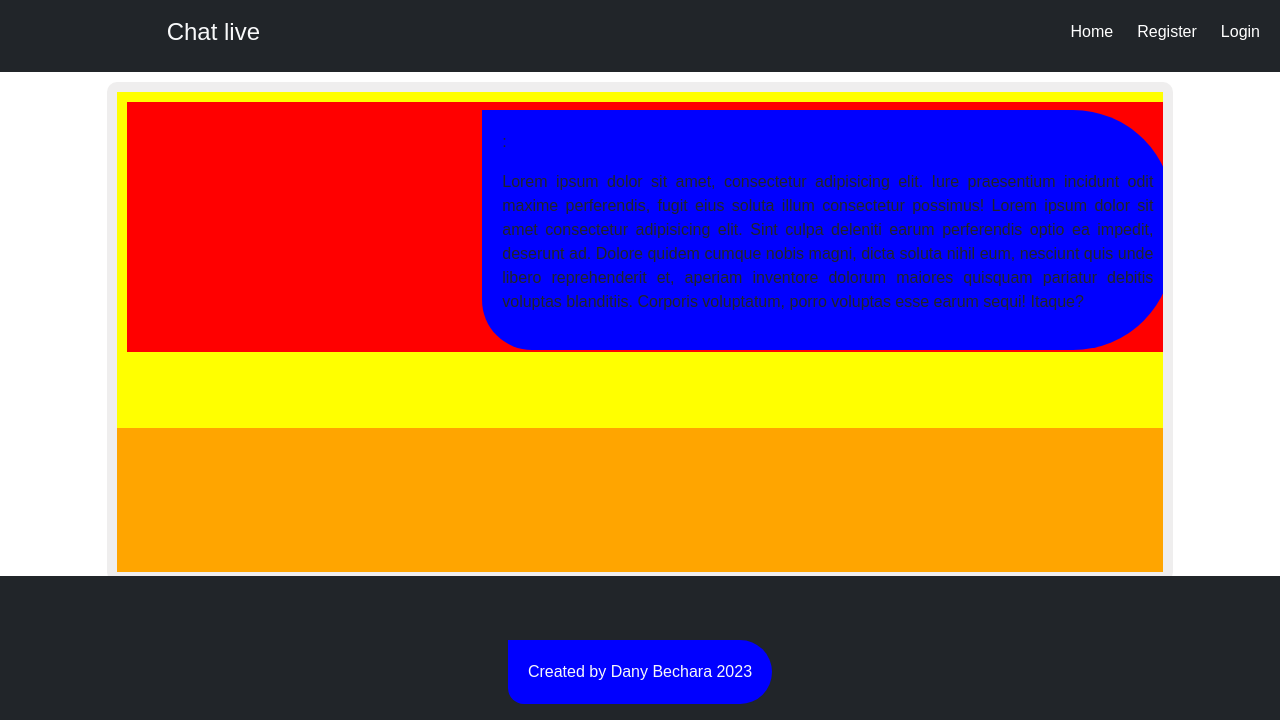
Repository: bechara611/chatv2
Page: /chat
These files come from the project's save history. The page is drawn as it stood at one moment and after the next save; the edit follows.
The browser window is 1280 px wide. The pictures show the whole page.
The page's requests for data from a server got no answer. The project was rebuilt for these pictures with package versions that can differ from the ones it lists, and the page was loaded fresh each time. Some packages were replaced by stand-ins written for this rebuild. No one was signed in, and anything a server would have sent is missing. Also part of the build but not shown: src/hooks/useForm.jsx, src/api/Instance.jsx, src/auth/hooks/useAuth.jsx, src/auth/components/login.jsx, src/auth/components/register.jsx, src/ui/components/Home.jsx, src/App.css.

Above is the page before, as saved 2023-03-15 17:18:53.

After the next save:
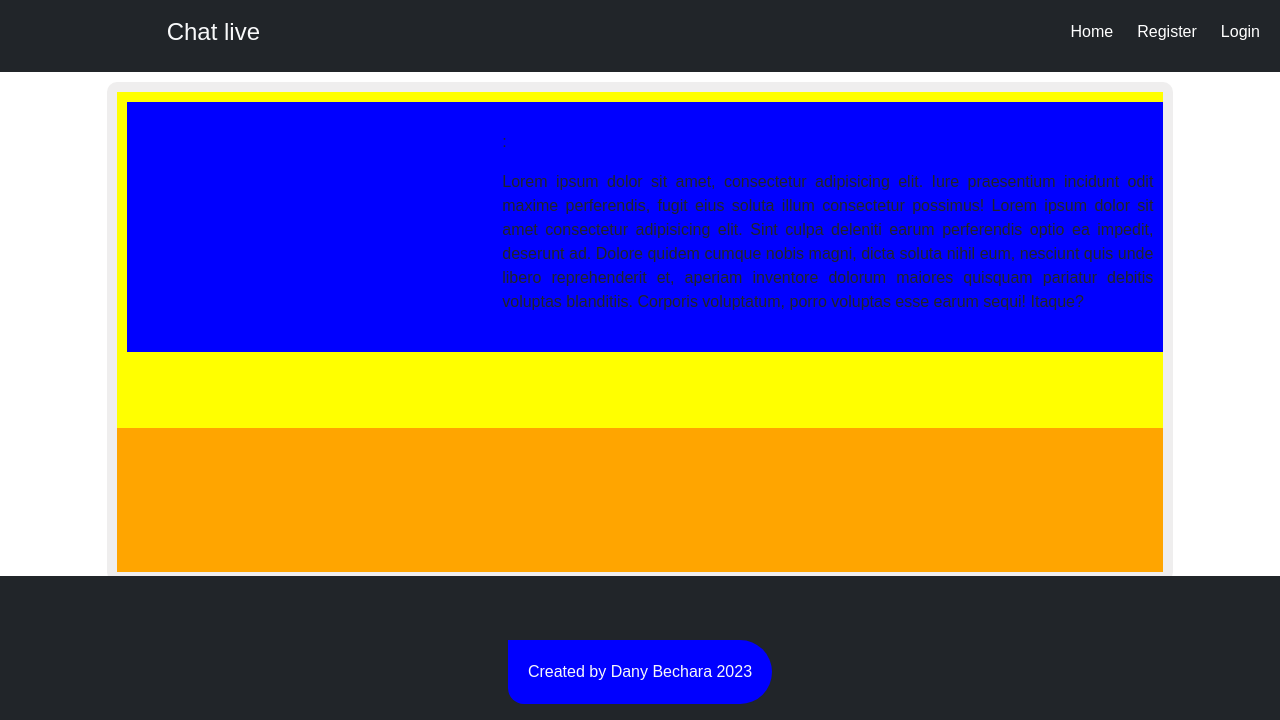
Saved 77 s later.
--- a/src/chat/components/Mensaje.jsx
+++ b/src/chat/components/Mensaje.jsx
@@ -3,7 +3,12 @@
 export const Mensaje = ({ mensaje, background }) => {
     return (
         <>
-            <div className="col-12 contenedorMensajeInidividual" style={{ justifyContent: mensaje.email === localStorage.getItem('email') ? 'flex-start' : 'flex-end' }} >
+            <div className="col-12 contenedorMensajeInidividual" style={
+                { justifyContent: mensaje.email === localStorage.getItem('email') ? 'flex-start' : 'flex-end',
+                background: mensaje.email === localStorage.getItem('email') ? 'red' : 'blue',
+            }
+
+            } >
                 <div className="mensaje col-8">
                     <div className="col-12">
 

After the 2 saves that followed:
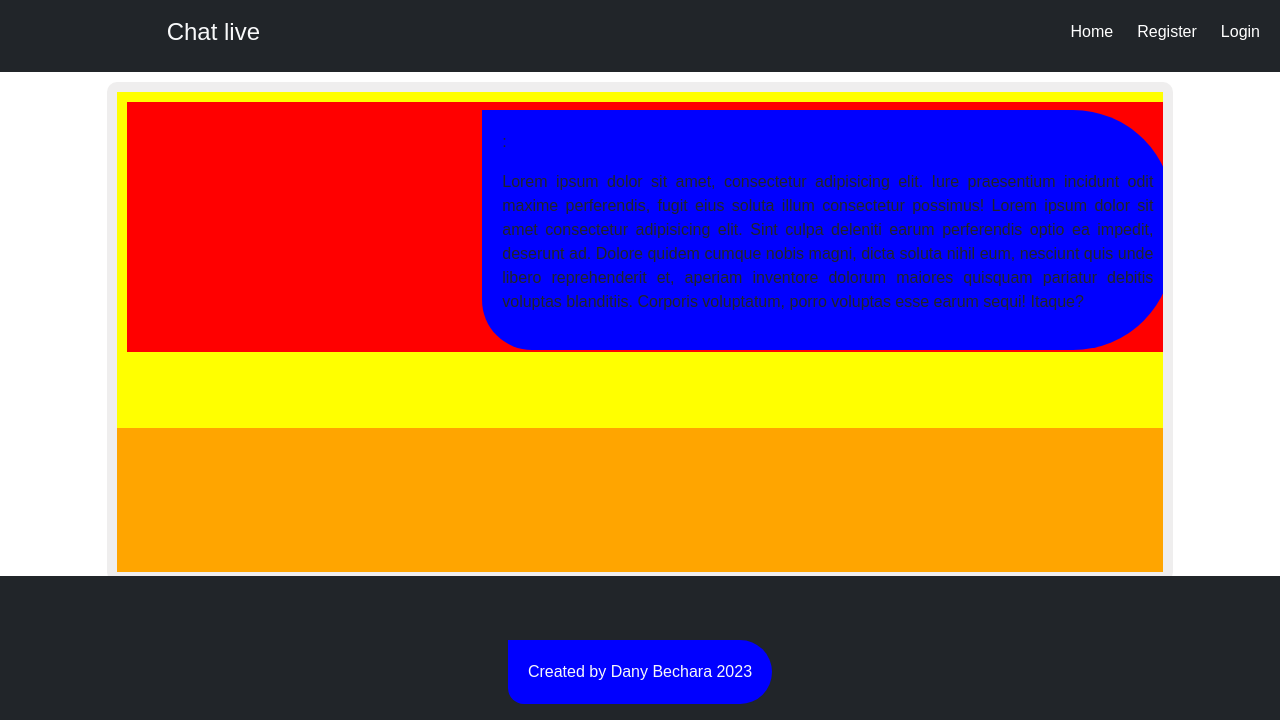
The 2 saves are shown as one change because they came seconds apart.
The last was saved 29 s later.
--- a/src/chat/components/Mensaje.jsx
+++ b/src/chat/components/Mensaje.jsx
@@ -4,8 +4,8 @@
     return (
         <>
             <div className="col-12 contenedorMensajeInidividual" style={
-                { justifyContent: mensaje.email === localStorage.getItem('email') ? 'flex-start' : 'flex-end',
-                background: mensaje.email === localStorage.getItem('email') ? 'red' : 'blue',
+                { justifyContent: mensaje.email === localStorage.getItem('email') ? 'flex-start' : 'flex-end'
+
             }
 
             } >
